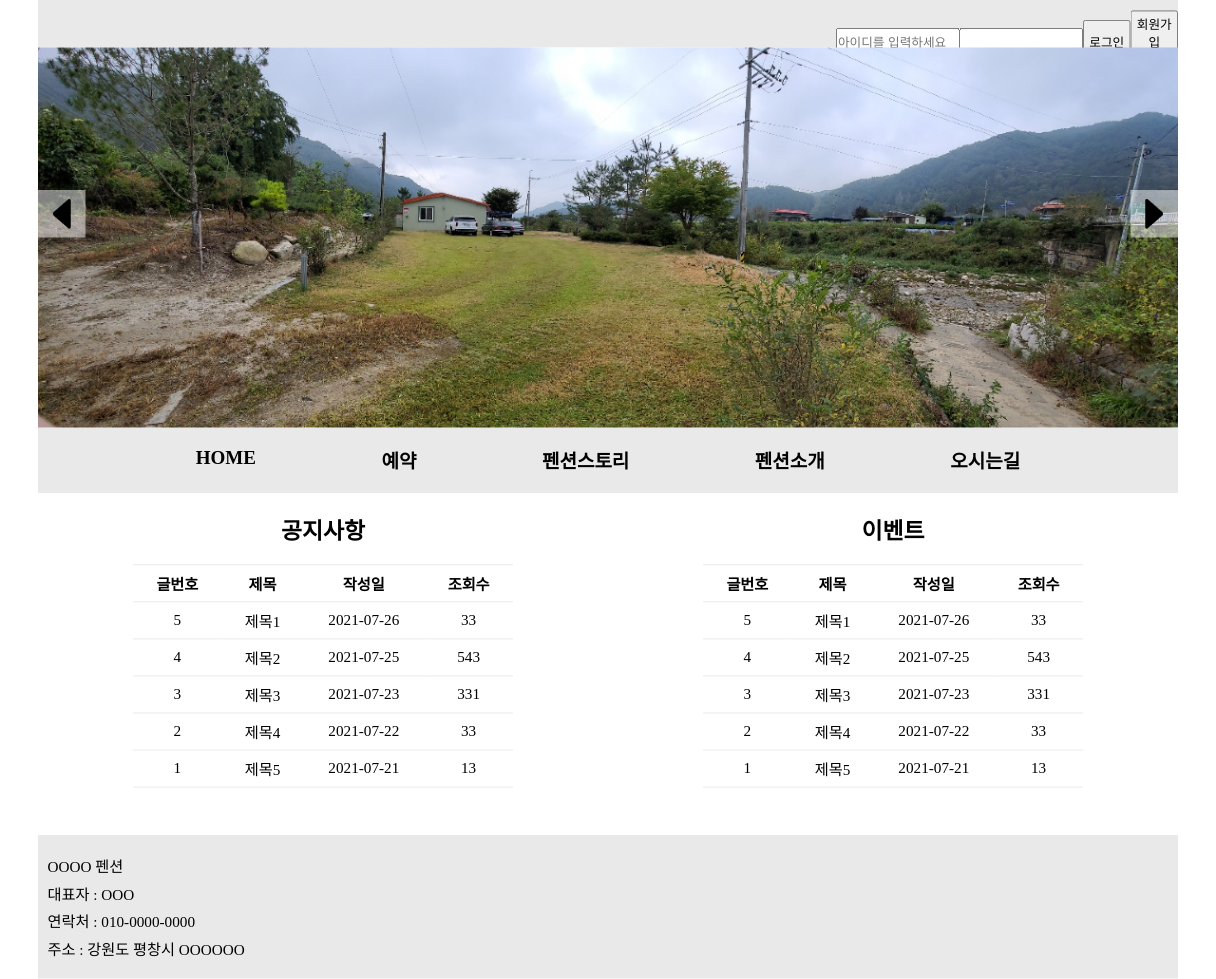
Repository: cdnwell/Jsp
Page: http://localhost/total/
An editor plug-in stored every save of this project. The page is shown before and after the next save, followed by the edit.
The browser window is 1280 px wide. The pictures show the whole page, at 95% of full size.
The page is served by Tomcat 9.

Above is the page before, as saved 2022-06-30 06:19:35.

### total/src/main/webapp/index.jsp
<%@ page language="java" contentType="text/html; charset=UTF-8"
    pageEncoding="UTF-8"%>
<!DOCTYPE html>
<html>
<head>
    <meta charset='utf-8'>
    <meta http-equiv='X-UA-Compatible' content='IE=edge'>
    <title>펜션</title>
    <meta name='viewport' content='width=device-width, initial-scale=1'>

</head>
<body>
<div class="flex_container">
<jsp:include page="template/pheader.jsp"></jsp:include>
<section>
    <article>
        <h2>공지사항</h2>
        <table>
            <tr>
                <th>글번호</th>
                <th>제목</th>
                <th>작성일</th>
                <th>조회수</th>
            </tr>
            <tr>
                <td>5</td>
                <td>제목1</td>
                <td>2021-07-26</td>
                <td>33</td>
            </tr>
            <tr>
                <td>4</td>
                <td>제목2</td>
                <td>2021-07-25</td>
                <td>543</td>
            </tr>
            <tr>
                <td>3</td>
                <td>제목3</td>
                <td>2021-07-23</td>
                <td>331</td>
            </tr>
            <tr>
                <td>2</td>
                <td>제목4</td>
                <td>2021-07-22</td>
                <td>33</td>
            </tr>
            <tr>
                <td>1</td>
                <td>제목5</td>
                <td>2021-07-21</td>
                <td>13</td>
            </tr>
        </table>
    </article>
    <article>
        <h2>이벤트</h2>
        <table>
            <tr>
                <th>글번호</th>
                <th>제목</th>
                <th>작성일</th>
                <th>조회수</th>
            </tr>
            <tr>
                <td>5</td>
                <td>제목1</td>
                <td>2021-07-26</td>
                <td>33</td>
            </tr>
            <tr>
                <td>4</td>
                <td>제목2</td>
                <td>2021-07-25</td>
                <td>543</td>
            </tr>
            <tr>
                <td>3</td>
                <td>제목3</td>
                <td>2021-07-23</td>
                <td>331</td>
            </tr>
            <tr>
                <td>2</td>
                <td>제목4</td>
                <td>2021-07-22</td>
                <td>33</td>
            </tr>
            <tr>
                <td>1</td>
                <td>제목5</td>
                <td>2021-07-21</td>
                <td>13</td>
            </tr>
        </table>
    </article>
</section>
<jsp:include page="template/pfooter.jsp"></jsp:include>
</div>
</body>
</html>

### total/src/main/webapp/template/pheader.jsp
<%@ page language="java" contentType="text/html; charset=UTF-8"
    pageEncoding="UTF-8"%>
<style>
        *{
            margin: 0;
            padding: 0;
        }
        .flex_container{
            display: flex;
            flex-direction: column;
            width: 1200px;
            margin: 0 auto;
            font-size: 0px;
        }
        #member_bar{
            height: 50px;
            background-color: #e9e9e9;
            text-align: right;

        }
        #member_bar img{
            width: 50px;
            float: left;
        }
        .profile > p{
            width: 200px;
            float: left;
            font-size: 16px;
            text-align: left;
            padding-left: 5px;
            margin-top: 2px;
        }
        .profile{
            width: 300px;
            display: inline-block;
        }
        .login_form{
        	display: inline-block;
        	width:600px;
        	padding : 10px 0px;
        }
        .login_form > form > *{
        	height:30px;
        	box-sizing:border-box;
        }
        nav{
            padding:20px 100px;
            background-color: #e9e9e9;
        }
        nav ul{
            list-style-type: none;
            display: flex;
            flex-direction: row;
            justify-content: space-around;
        }

        nav a:link,nav a:visited{
            font-size: 20px;
            font-weight: bold;
            text-decoration: none;
            color:black;
        }
        .ad_img {
            position: relative;
        }
        .ad_img button{
            background: none;
            border: none;
            position: absolute;
            background-color: rgba(255, 255, 255, 0.5);
            width: 50px;
            height: 50px;
        }
        .ad_img button img{
            width: 50px;
        }
        .left_arrow{
            top : calc(50% - 50px);
        }
        .right_arrow{
            top : calc(50% - 50px);
            right: 0px;
            transform: rotate(180deg);
        }
        section{
            margin-top: 20px;
            display: flex;
            flex-direction: row;
            justify-content: space-around;
        }
        section h2{
            font-size : 24px;
            margin-bottom: 20px;
            text-align: center;
        }
        section table{
            width: 100%;
            border-collapse: collapse;
            font-size: 16px;
            text-align: center;
        }
        section table td,section table th{
            padding:7px 20px;
            border-top: 1px solid #e9e9e9;
            border-bottom: 1px solid #e9e9e9;
        }

        article{
            width: 400px;
        }
        footer{
            margin-top: 50px;
            padding:15px 10px;
            font-size: 16px;
            background-color: #e9e9e9;
        }
        footer ul{
            list-style-type: none;
        }
        footer ul li{
            margin: 5px 0px;
        }

        #login_box{
        	font-size : 16px;
        	float:left;
        	margin-left : 10px
        }
        #member_bar input{
        	width:130px;
        }
        #member_bar button{
        	width:50px;
        	height:45px;
        	margin-top:1px;
        }
    </style>


        <header>
   <div id="member_bar">
   <!--
      <div>
         <img src="resource/images/profile.png" alt="">
         <div id="login_box">
         아이디 : <input type="text"> <br>
         비밀번호 : <input type="password"> <br>
         </div>
         <button>로그인</button>
      </div>
      -->
      <!--
      <div class="profile">
         <img src="resource/images/profile.png" alt="">
         <p>OOO로그인 하셨습니다.</p>
         <p>로그아웃 | 정보수정</p>
      </div>
      -->
            			<!-- 나중에 회원가입을 누르면 자바스크립트로 회원가입 페이지로 이동시키기 -->

      <div class="login_form">
      		<form action="login_process.jsp" method="post">
      			<input type="text" name="id" placeholder="아이디를 입력하세요">
      			<input type="password" name="pass" placehodler="암호를 입력하세요">
      			<button>로그인</button><button id="btn_register" type="button">회원가입</button>
      		</form>
      </div>

   </div>
   <div class="ad_img">
      <button class="left_arrow">
         <img src="resource/images/left_arrow.png" alt="">
      </button>
      <button class="right_arrow">
         <img src="resource/images/left_arrow.png" alt="">
      </button>
      <img src="resource/images/main_4.jpg" alt="">
   </div>
</header>
<nav>
   <ul>
      <li><a href="main.jsp">HOME</a></li>
      <li><a href="sub_page2.jsp">예약</a></li>
      <li><a href="#">펜션스토리</a></li>
      <li><a href="#">펜션소개</a></li>
      <li><a href="sub_page1.jsp">오시는길</a></li>
   </ul>
</nav>

### total/src/main/webapp/template/pfooter.jsp
<%@ page language="java" contentType="text/html; charset=UTF-8"
    pageEncoding="UTF-8"%>
<footer>
      <ul>
         <li>OOOO 펜션</li>
         <li>대표자 : OOO</li>
         <li>연락처 : 010-0000-0000</li>
         <li>주소 : 강원도 평창시 OOOOOO</li>
      </ul>
   </footer>

After the next save:
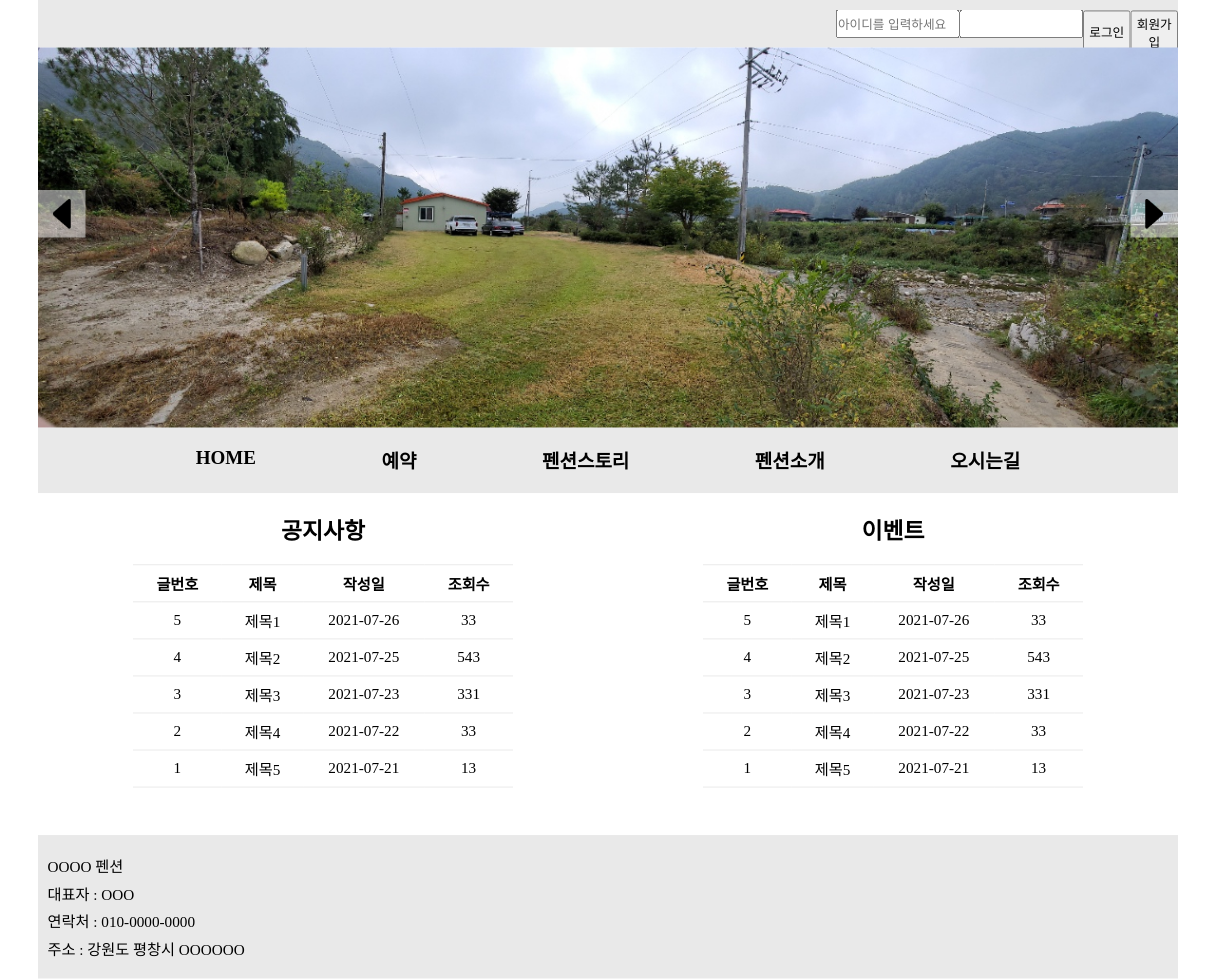
Saved 56 s later.
--- a/total/src/main/webapp/template/pheader.jsp
+++ b/total/src/main/webapp/template/pheader.jsp
@@ -38,6 +38,11 @@
         	display: inline-block;
         	width:600px;
         	padding : 10px 0px;
+        }
+        .login_form >form{
+        	display:flex;
+        	flex-direction: row;
+        	justify-content : flex-end;
         }
         .login_form > form > *{
         	height:30px;
